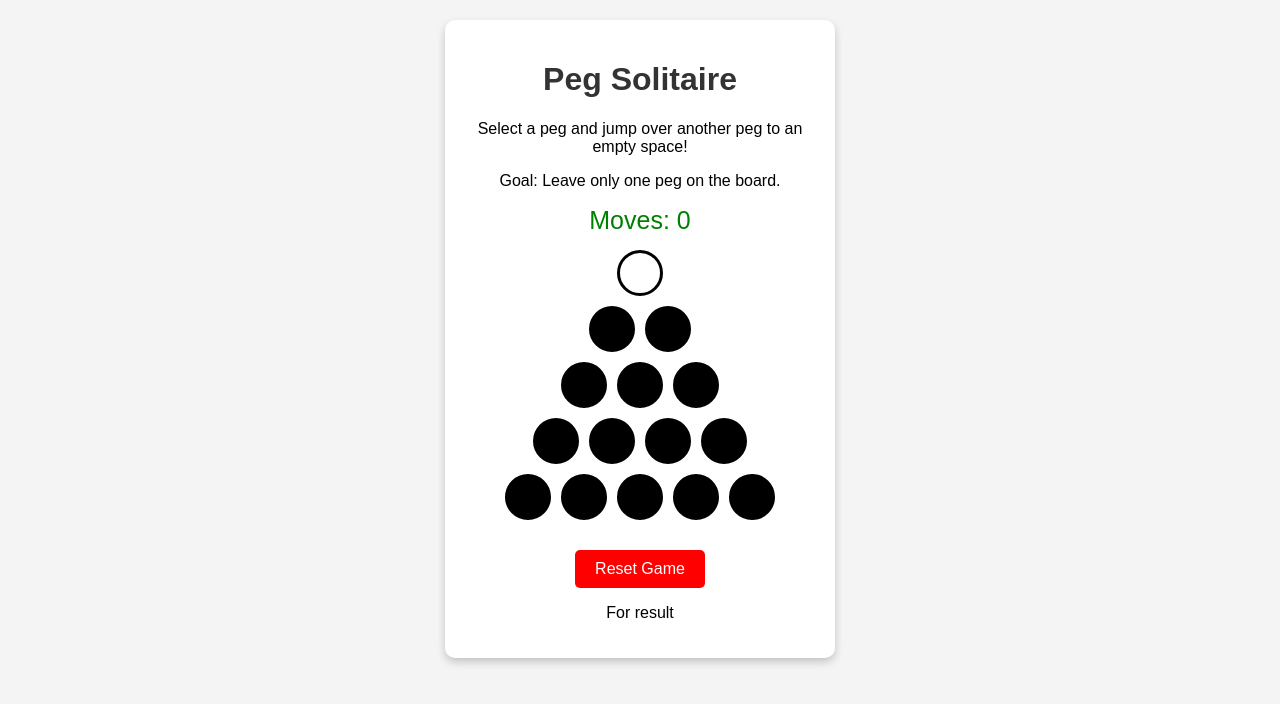
Repository: Yash19075/Mathematical-Peg-game
Page: Peg-game.html
The author's editor kept a copy of each file at every save. The page is drawn from the files as they stood at one save, then again after the next save.
The browser window is 1280 px wide. The pictures show the whole page.

Above is the page before, as saved 2025-03-19 11:04:34.

After the next save:
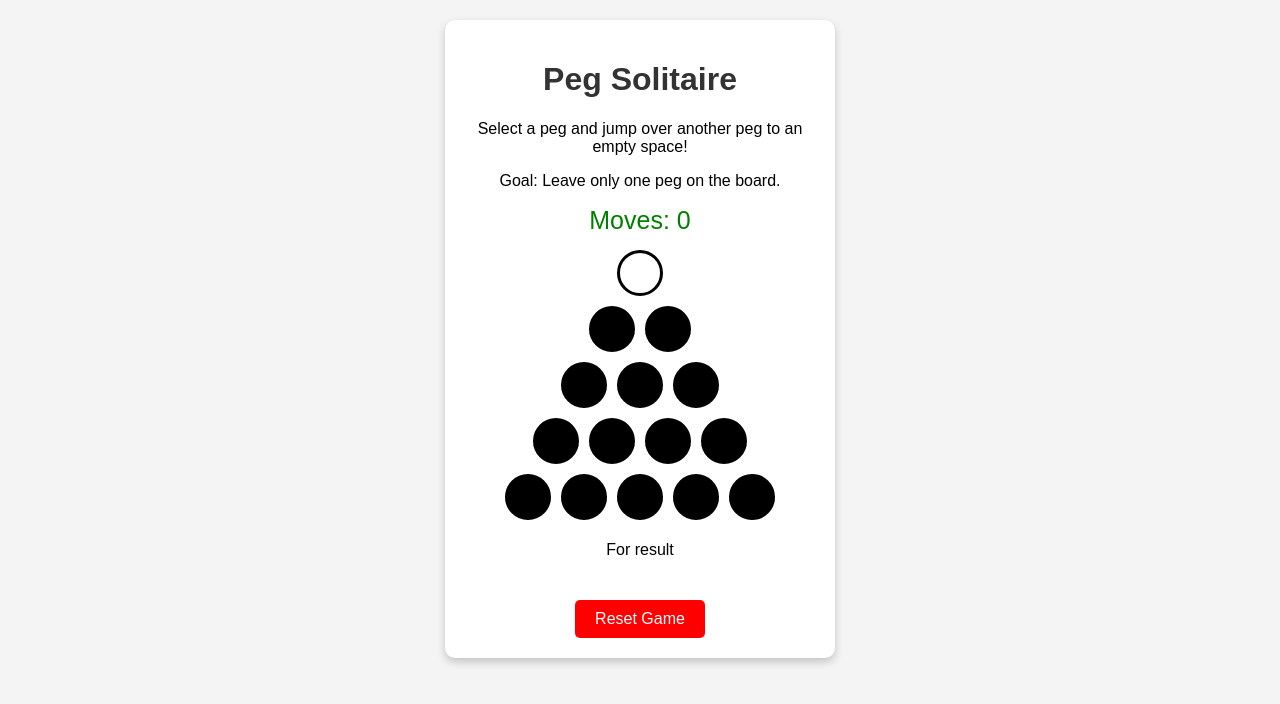
Saved 12 s later.
--- a/Peg-game.html
+++ b/Peg-game.html
@@ -42,10 +42,8 @@
                 <div class="peg" onclick="selectPeg(event)"></div>
             </div>
         </div>
-
+        <p class="Result">For result</p>
         <button id="reset-btn" onclick="resetGame()">Reset Game</button>
-
-        <p class="Result">For result</p>
     </div>
 
     <script src="Peg-game.js"></script>
